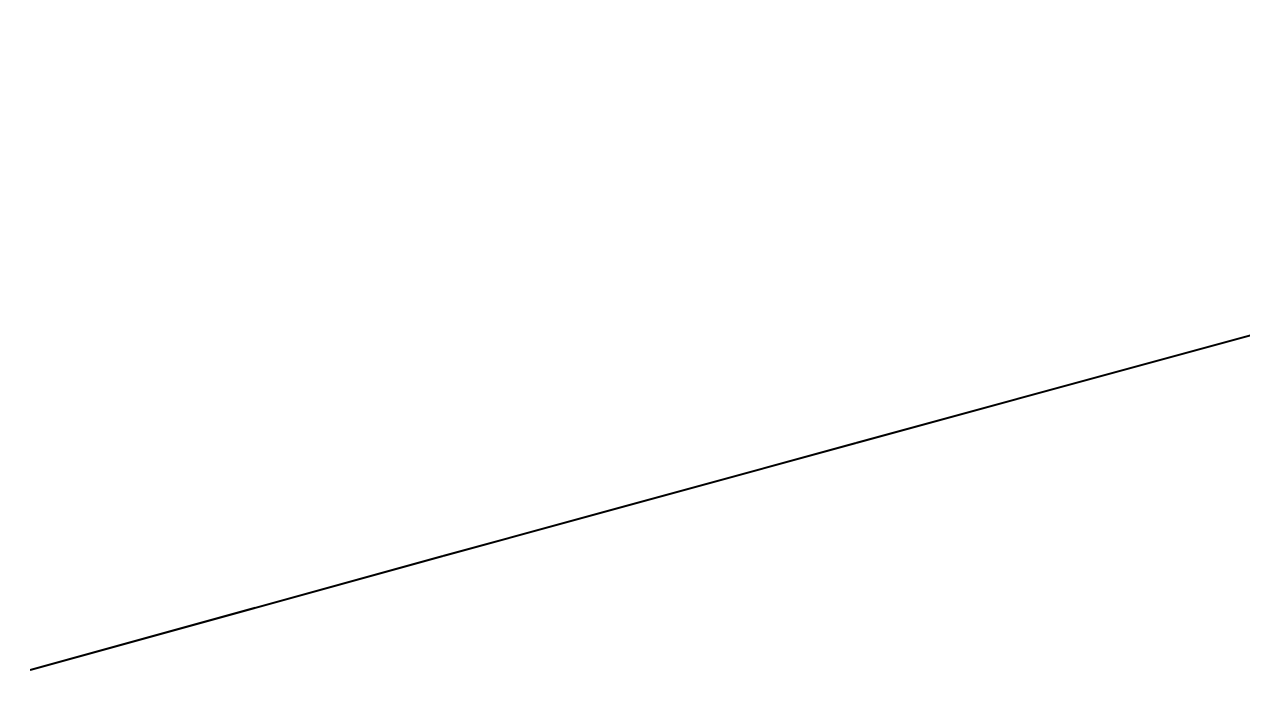
Repository: alinlinbo/yanling-resume-site
Page: svg.html
The author's editor kept a copy of each file at every save. The page is drawn from the files as they stood at one save, then again after the next save.
The browser window is 1280 px wide. The pictures show the whole page.

Above is the page before, as saved 2023-09-21 21:18:22.

### svg.html
<!DOCTYPE html>
<html lang="en">

<head>
    <meta charset="UTF-8">
    <meta name="viewport" content="width=device-width, initial-scale=1.0">
    <title>svg</title>

</head>
<style>
    * {
        margin: 0;
        padding: 0;
        box-sizing: border-box;
    }

    .content {
        width: 100%;
        height: 100vh;
        display: flex;
        justify-content: center;
        align-items: end;
        padding: 30px;
    }

    svg {
        width: 100%;
        height: 50vh;
    }

    .line {
        stroke-dasharray: 1000;
        stroke-dashoffset: 1000;
        animation: draw 2s linear forwards;
    }

    @keyframes draw {
        to {
            stroke-dashoffset: 0;
        }
    }
</style>

<body>
    <div class="content">
        <svg>
            <path class="line" id="line" d="" stroke="black" stroke-width="2" fill=none" />
            <path id="line2" d="" stroke="black" stroke-width="2" fill="none" />
            <path id="line3" d="" stroke="black" stroke-width="2" fill="none" />
        </svg>
    </div>
    <script>
        const line = document.getElementById('line'),
            line2 = document.getElementById('line2'),
            line3 = document.getElementById('line3')

        //获取vw
        const vw = window.innerWidth - 40;
        const vh = window.innerHeight - 40;
        console.log(vw)
        let d1W = Math.floor(vw / 3),
            d2W = Math.floor(vw*2 / 3)
            d3W = Math.floor(vw)
        let d1H = Math.floor(vh * 0.5 * 2 / 3)
            d2H = Math.floor(vh * 0.5 /3)
            d3H = Math.floor(vh * 0.5)
        console.log(d1H, d2H,d3H)
        line.setAttribute('d', `M 0 ${vh * 0.5} L ${d1W} ${d1H}`)

        setTimeout(()=>{
            line2.classList.add('line')
            line2.setAttribute('d', `M ${d1W} ${d1H} L ${d2W} ${d2H}`)
        },900)
        setTimeout(()=>{
            line3.classList.add('line')
            line3.setAttribute('d', `M ${d2W} ${d2H} L ${d3W} 0`)
        },1800)
    </script>
</body>

</html>

After the next save:
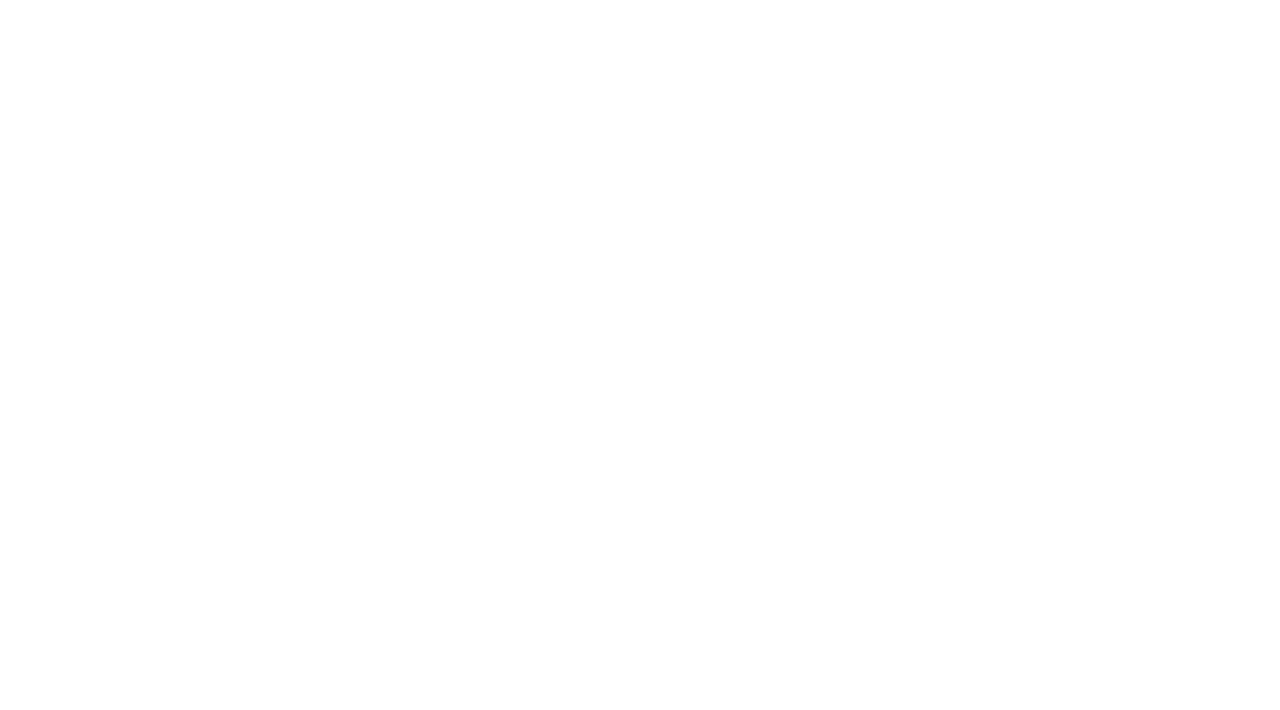
Console error: ReferenceError: d3H is not defined
Saved 38 s later.
--- a/svg.html
+++ b/svg.html
@@ -63,7 +63,6 @@
             d3W = Math.floor(vw)
         let d1H = Math.floor(vh * 0.5 * 2 / 3)
             d2H = Math.floor(vh * 0.5 /3)
-            d3H = Math.floor(vh * 0.5)
         console.log(d1H, d2H,d3H)
         line.setAttribute('d', `M 0 ${vh * 0.5} L ${d1W} ${d1H}`)
 

After the 2 saves that followed:
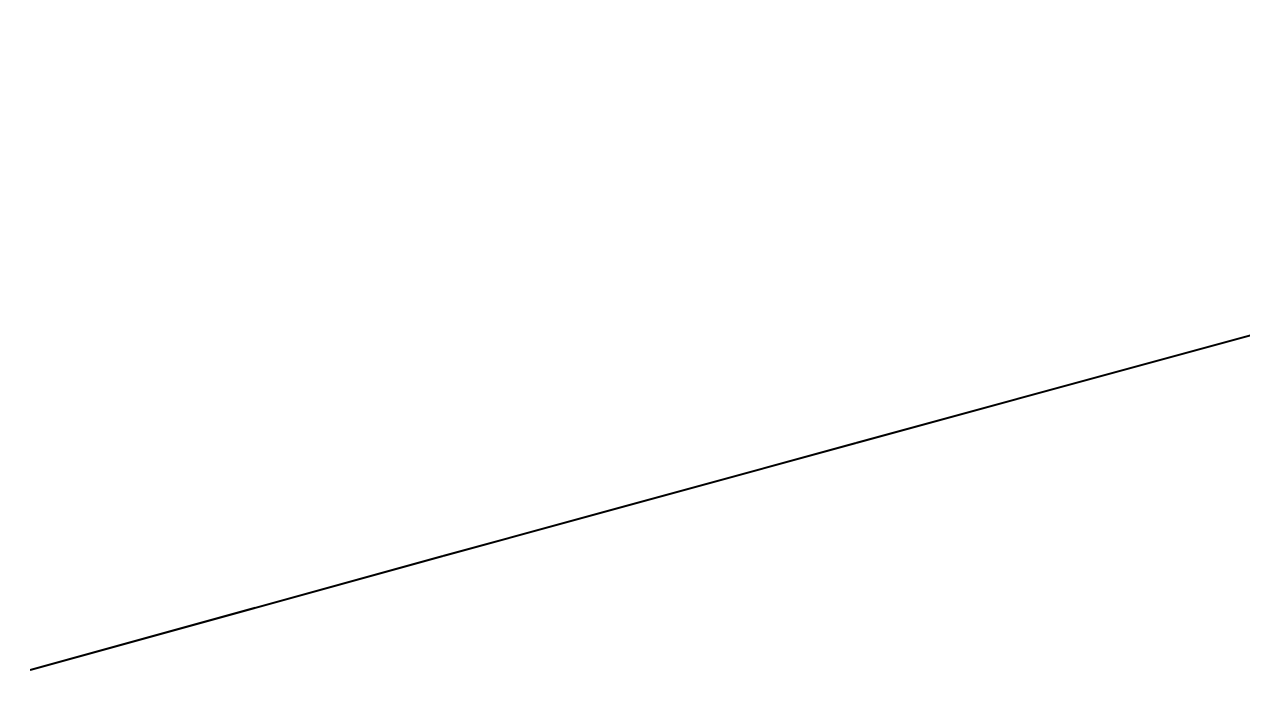
The error is gone.
The 2 saves are shown as one change because 1 left the picture as it was.
The last was saved 100 s later.
--- a/svg.html
+++ b/svg.html
@@ -44,9 +44,11 @@
 <body>
     <div class="content">
         <svg>
+            <!-- 三段直线 -->
             <path class="line" id="line" d="" stroke="black" stroke-width="2" fill=none" />
             <path id="line2" d="" stroke="black" stroke-width="2" fill="none" />
             <path id="line3" d="" stroke="black" stroke-width="2" fill="none" />
+            <!-- 两个间隔小圆点 -->
         </svg>
     </div>
     <script>
@@ -63,7 +65,7 @@
             d3W = Math.floor(vw)
         let d1H = Math.floor(vh * 0.5 * 2 / 3)
             d2H = Math.floor(vh * 0.5 /3)
-        console.log(d1H, d2H,d3H)
+        console.log(d1H, d2H)
         line.setAttribute('d', `M 0 ${vh * 0.5} L ${d1W} ${d1H}`)
 
         setTimeout(()=>{
